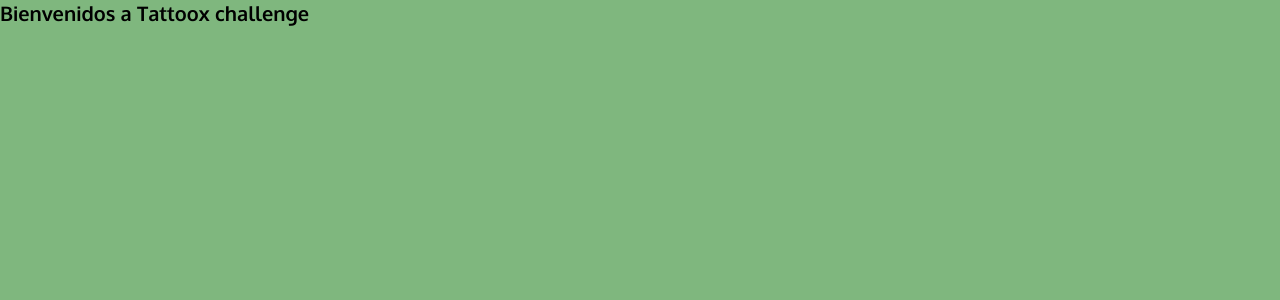
Repository: ChristianGecchelin/Tattoox-challenge-react
Page: /
An editor plug-in stored every save of this project. The page is shown before and after a run of saves, followed by the edit.
The browser window is 1280 px wide. The pictures show the whole page.
The page's requests for data from a server got no answer. The project was rebuilt for these pictures with package versions that can differ from the ones it lists, and the page was loaded fresh each time. No one was signed in, and anything a server would have sent is missing. Also part of the build but not shown: src/components/card/card.css, src/components/card/Card.jsx, src/pages/gallery/gallery.css, src/components/paginator/paginator.css, src/components/paginator/Paginator.jsx, src/components/modal/modal.css, src/components/modal/Modal.jsx, src/pages/gallery/Gallery.jsx.

Above is the page before, as saved 2022-09-10 04:15:18.

After the next 2 saves:
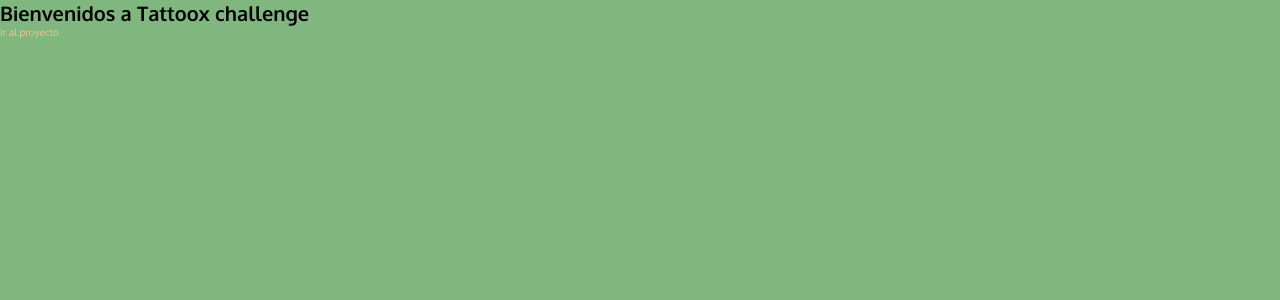
The 2 saves are shown as one change because 1 did not build or start.
The last was saved 70 s later.
--- a/src/pages/home/Home.jsx
+++ b/src/pages/home/Home.jsx
@@ -1,9 +1,13 @@
 import React from "react";
+import { Link } from "react-router-dom";
 
 export const Home = () => {
   return (
     <div>
       <h1>Bienvenidos a Tattoox challenge</h1>
+      <Link to={`/character-page/1`}>
+        <p>Ir al proyecto</p>
+      </Link>
     </div>
   );
 };
